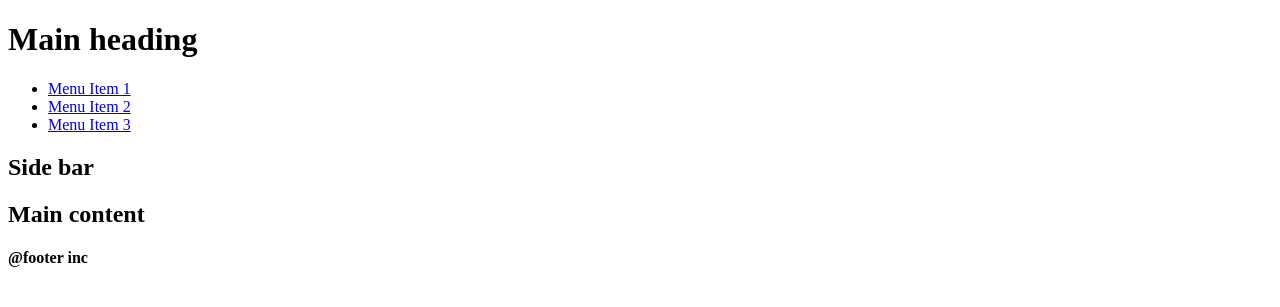
Repository: lasity34/first_layout
Page: index.html
The author's editor kept a copy of each file at every save. The page is drawn from the files as they stood at one save, then again after the next save.
The browser window is 1280 px wide. The pictures show the whole page.

Above is the page before, as saved 2023-03-06 10:10:07.

After the next save:
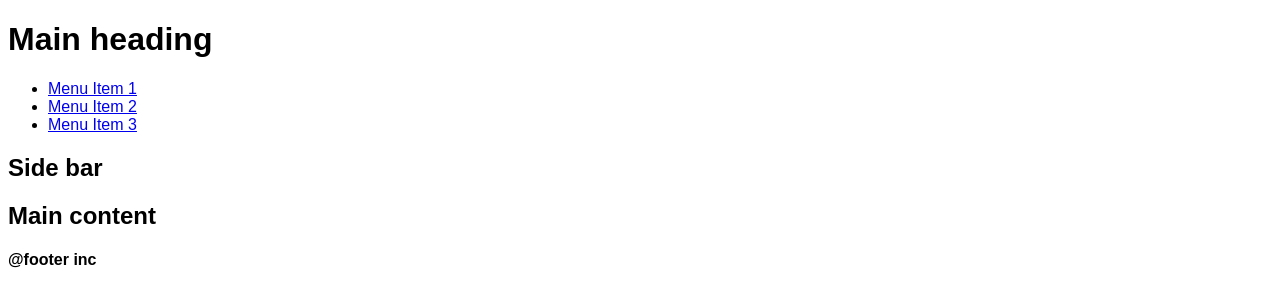
Saved 38 s later.
--- a/index.html
+++ b/index.html
@@ -5,7 +5,11 @@
     <meta http-equiv="X-UA-Compatible" content="IE=edge">
     <meta name="viewport" content="width=device-width, initial-scale=1.0">
     <title>Document</title>
-    <style></style>
+    <style>
+        body {
+            font-family: Arial, Helvetica, sans-serif;
+        }
+    </style>
 </head>
 <body>
     <div class="container">
